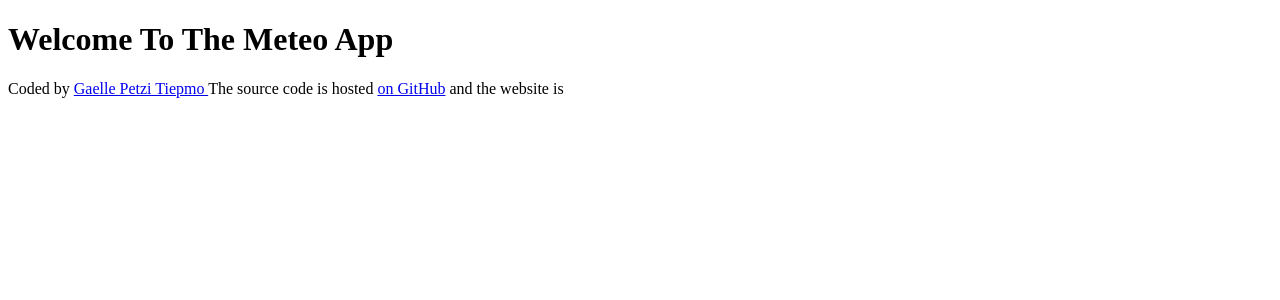
Repository: OnwardForward/meteo.by.gaelle
Page: meteo.appbygaelle.html
The author's editor kept a copy of each file at every save. The page is drawn from the files as they stood at one save, then again after the next save.
The browser window is 1280 px wide. The pictures show the whole page.

Above is the page before, as saved 2024-04-18 13:17:08.

### meteo.appbygaelle.html
<!DOCTYPE html>
<html lang="en">
<head>
    <meta charset="UTF-8">
    <meta name="viewport" content="width=device-width, initial-scale=1.0">
    <title>Meteo By Gaelle</title>
</head>
<body>
    <h1>Welcome To The Meteo App</h1>
</body>
<footer>
    Coded by <a href="https://github.com/OnwardForward"> Gaelle Petzi Tiepmo </a>
    The source code is hosted <a href="https://github.com/OnwardForward/meteo.by.gaelle">on GitHub</a>
    and the website is
</footer>
</html>

After the next save:
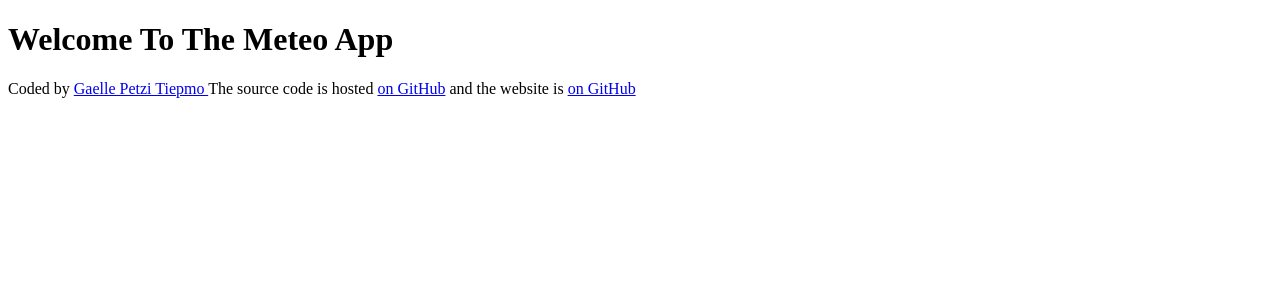
Saved 8 s later.
--- a/meteo.appbygaelle.html
+++ b/meteo.appbygaelle.html
@@ -11,6 +11,6 @@
 <footer>
     Coded by <a href="https://github.com/OnwardForward"> Gaelle Petzi Tiepmo </a>
     The source code is hosted <a href="https://github.com/OnwardForward/meteo.by.gaelle">on GitHub</a>
-    and the website is
+    and the website is <a href="https://github.com/OnwardForward/meteo.by.gaelle">on GitHub</a>
 </footer>
 </html>
